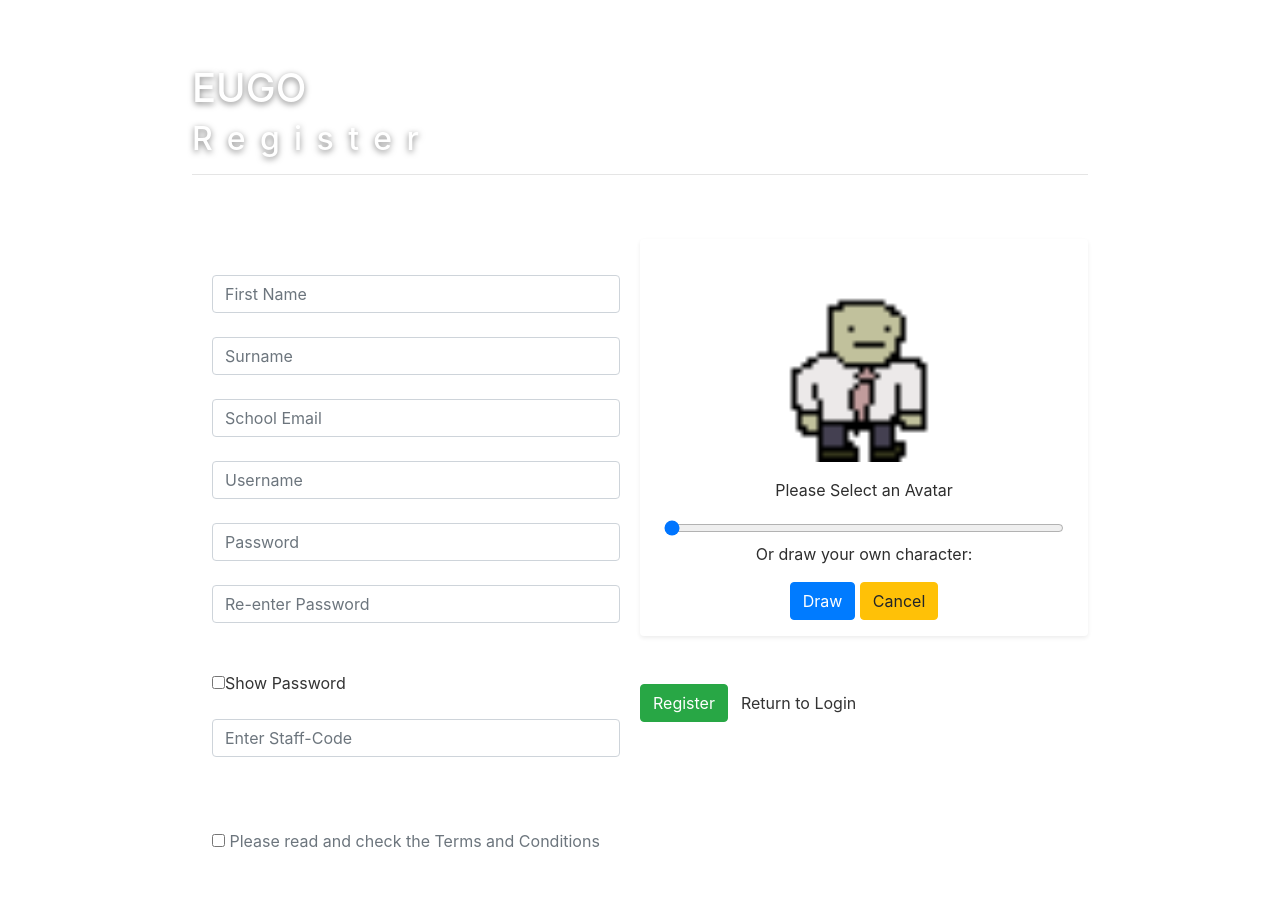
Repository: nbaker47/eugo_pokemongo_clone
Page: eugo/templates/register.html
The author's editor kept a copy of each file at every save. The page is drawn from the files as they stood at one save, then again after the next save.
The browser window is 1280 px wide. The pictures show the whole page.
The template is drawn by Django 4.2. The application's start-up code is not run. Other server files are loaded and not shown. The template is opened directly, without the code that normally fills it, so the values that code supplies are empty.

Above is the page before, as saved 2022-03-23 13:02:50.

### eugo/templates/register.html
{% load static %}
<!doctype html>
<html lang="en">

<head>
    <meta charset="utf-8">
    <meta name="viewport" content="width=device-width, initial-scale=1, shrink-to-fit=no">
    <meta name="description" content="">
    <meta name="author" content="">

    <!---->
    <link rel="stylesheet" type="text/css" href='{% static "/eugo/css/bootstrap.css" %}' />

    <link rel="icon" href='{%static "/eugo/img/favicon.ico"%}'>

    <title>EUGO</title>

    <!-- Custom styles for this template -->
    <link href='{% static "/eugo/css/cover_cover.css" %}' rel="stylesheet">
    <link href='{% static "/eugo/css/map.css" %}' rel="stylesheet">
</head>

<body style="overflow: scroll;">

    <div id="reg-container">
        <div class="full-width-bar">
            <h1>EUGO</h1>
        </div>

        <div>
            <div class="cov-head">
                <h2 class="secondHeader">Register</h2>
                <hr>
            </div>
            <!-- Use java script to check validation-->

            <script>
                function validateForm() {

                    let fname = document.forms['myForm']['firstname'].value;
                    let lname = document.forms['myForm']['surname'].value;
                    //let username = document.forms['myForm']['username'].value;
                    let password1 = document.forms['myForm']['password1'].value;
                    let password2 = document.forms['myForm']['password2'].value;

                    var errors = [];
                    var valid = true;

                    var tester = /^[a-zA-Z]*$/


                    if (tester(fname)) {
                        errors.push("Name must not contain any spaces or special characters.")
                        valid = false;
                    }
                    if (tester(lname)) {
                        errors.push("Surname must not contain any spaces or special characters.")
                        valid = false;
                    }

                    if (password1 != password2) {
                        errors.push("Please keep the passwords the same.")
                        valid = false;
                    }

                    if (password1.search(/[a-z]/) < 0) {
                        errors.push("Your password must contain at least one letter.")
                        valid = false;
                    }
                    if (password1.search(/[0-9]/) < 0) {
                        errors.push("Your password must contain at least one digit.");
                        valid = false;
                    }
                    if (password1.search(/[A-Z]/) < 0) {
                        errors.push("Your password must contain at least one uppercase letter.")
                        valid = false;
                    }

                    if (errors.length > 0) {
                        var lines = errors.join("\r\n");
                        document.getElementById("errors").innerHTML = lines;
                    }

                    return valid;
                }

                function showPassword() {
                    var x = document.getElementById("pass");
                    if (x.type === "password") {
                        x.type = "text";
                    } else {
                        x.type = "password";
                    }
                }
            </script>


            <br><br>
            <form id="formp" name="myForm" class="form" method="POST" action="." onsubmit="return validateForm()">
                <!--action to the php ./homePage.html -->
                {% csrf_token %}
                <!--Prevents csrf attacks -->
                <!--<p id="messages"></p>-->
                <!-- This will have the validation messages from the javascript checks-->
                <div id="register-form-left">
                    <p id="errors"></p>
                    <div class="form-group">
                        <label>
                        <input type="text" class="form-control" name="firstname" placeholder="First Name" size="50" required autocomplete="off">
                    </label>
                        <p id="fname"></p>
                    </div>
                    <div class="form-group">
                        <label>
                        <input type="text" class="form-control" name="surname" placeholder="Surname" size="50" required autocomplete="off">
                    </label>
                    </div>
                    <div class="form-group">
                        <label>
                        <input type="email" class="form-control"  name="email" placeholder="School Email" size="50" required autocomplete="off">
                    </label>
                    </div>
                    <div class="form-group">
                        <label>
                        <input type="text"  class="form-control" name="username" placeholder="Username" size="50" required autocomplete="off">
                    </label>
                    </div>
                    <div class="form-group">
                        <label>
                        <input type="password" class="form-control"  name="password1" id="pass" placeholder="Password" size="50" minlength="8" required>
                    </label>
                    </div>
                    <div class="form-group">
                        <label>
                        <input type="password" class="form-control" name="password2" id="pass" placeholder="Re-enter Password" size="50" minlength="8" required >
                    </label>
                    </div>
                    <br>
                    <input type="checkbox" onclick="showPassword()">Show Password
                    <br>
                    <br>
                    <div class="form-group">
                        <label>
                        <input type="text" class="form-control" name="staffno" placeholder="Enter Staff-Code" size="50" minlength="6">
                    </label>
                    </div>
                    <br><br>

                    <label>
                    <input type="checkbox" name="terms" value="" required>
                    <a href="https://gdpr.eu/terms-and-conditions/" class="text-muted">Please read and check the Terms and Conditions</a>
                </label>
                    <br><br>
                </div>
        </div>

        <!--Char selector-->
        <div id="char-select" class="shadow-sm p-3 mb-5 bg-white rounded">
            <img src="">
            <img src="">
            <img src="">
            <div class="image mt-3 mb-3 img-container" id="sliderImages">
                <img src='{% static "/eugo/img/teacher_sprites/teacher_1.png" %}' class="spirite-img">
                <img src='{% static "/eugo/img/teacher_sprites/teacher_2.png" %}' class="spirite-img">
                <img src='{% static "/eugo/img/teacher_sprites/teacher_3.png" %}' class="spirite-img">
            </div>

            <div id="sprite-designer-div">
                <canvas id="myCanvas" class="shadow-sm p-3 mb-5 bg-white rounded" width="500" height="500"></canvas>
                <div id="color-picker-div">
                    <label for="color-input" id="color-label" style="background-color: red"></label>
                    <input type="checkbox" id="color-input" checked></input>
                    <br>
                    <div id="color-picker">
                        <canvas id="color-block" height="150" width="150"></canvas>
                        <canvas id="color-strip" height="150" width="30"></canvas>
                    </div>
                    <input type="hidden" value="" id="colour-output">
                    <input type="hidden" value="" id="canvas-output" name="canvas-output">
                </div>
            </div>

            <p>Please Select an Avatar</p>
            <input class="rangeslider" type="range" id="sprite" name="sprite" min="1" max="3" value="1">
            <p>Or draw your own character:</p>
            <button type="button" id="draw-char-button" class="btn btn-primary">Draw</button>
            <button type="button" id="draw-char-button-cancel" class="btn btn-warning">Cancel</button>
        </div>

        <div class="btn-group" role="group" aria-label="Basic example">
            <label>
                    <input type="submit" onclick="saveCanvas()" class="btn btn-success" value="Register" size="25">
                </label>
            <br>
            </form>
            <form action="/eugo/login" class="form">
                <label>
                    <input type="submit" class="btn btn-secondary" value="Return to Login" size="25">
                </label>

            </form>
        </div>


</body>

<!--Color Picker Script-->
<script type="text/javascript">
    var colorBlock = document.getElementById('color-block');
    var ctx1 = colorBlock.getContext('2d');
    var width1 = colorBlock.width;
    var height1 = colorBlock.height;

    var colorStrip = document.getElementById('color-strip');
    var ctx2 = colorStrip.getContext('2d');
    var width2 = colorStrip.width;
    var height2 = colorStrip.height;

    var colorLabel = document.getElementById('color-label');

    var x = 0;
    var y = 0;
    var drag = false;
    var rgbaColor = 'rgba(255,0,0,1)';

    ctx1.rect(0, 0, width1, height1);
    fillGradient();

    ctx2.rect(0, 0, width2, height2);
    var grd1 = ctx2.createLinearGradient(0, 0, 0, height1);
    grd1.addColorStop(0, 'rgba(255, 0, 0, 1)');
    grd1.addColorStop(0.17, 'rgba(255, 255, 0, 1)');
    grd1.addColorStop(0.34, 'rgba(0, 255, 0, 1)');
    grd1.addColorStop(0.51, 'rgba(0, 255, 255, 1)');
    grd1.addColorStop(0.68, 'rgba(0, 0, 255, 1)');
    grd1.addColorStop(0.85, 'rgba(255, 0, 255, 1)');
    grd1.addColorStop(1, 'rgba(255, 0, 0, 1)');
    ctx2.fillStyle = grd1;
    ctx2.fill();

    function click(e) {
        x = e.offsetX;
        y = e.offsetY;
        var imageData = ctx2.getImageData(x, y, 1, 1).data;
        rgbaColor = 'rgba(' + imageData[0] + ',' + imageData[1] + ',' + imageData[2] + ',1)';
        fillGradient();
    }

    function fillGradient() {
        ctx1.fillStyle = rgbaColor;
        ctx1.fillRect(0, 0, width1, height1);

        var grdWhite = ctx2.createLinearGradient(0, 0, width1, 0);
        grdWhite.addColorStop(0, 'rgba(255,255,255,1)');
        grdWhite.addColorStop(1, 'rgba(255,255,255,0)');
        ctx1.fillStyle = grdWhite;
        ctx1.fillRect(0, 0, width1, height1);

        var grdBlack = ctx2.createLinearGradient(0, 0, 0, height1);
        grdBlack.addColorStop(0, 'rgba(0,0,0,0)');
        grdBlack.addColorStop(1, 'rgba(0,0,0,1)');
        ctx1.fillStyle = grdBlack;
        ctx1.fillRect(0, 0, width1, height1);
    }

    function mousedown(e) {
        drag = true;
        changeColor(e);
    }

    function mousemove(e) {
        if (drag) {
            changeColor(e);
        }
    }

    function mouseup(e) {
        drag = false;
    }

    function changeColor(e) {
        x = e.offsetX;
        y = e.offsetY;
        var imageData = ctx1.getImageData(x, y, 1, 1).data;
        rgbaColor = 'rgba(' + imageData[0] + ',' + imageData[1] + ',' + imageData[2] + ',1)';
        colorLabel.style.backgroundColor = rgbaColor;
        document.getElementById("colour-output").value = rgbaColor;
        var canvas = document.getElementById('myCanvas');
        var context = document.getElementById('myCanvas').getContext("2d");
        context = canvas.getContext("2d");
        context.strokeStyle = rgbaColor;
    }

    colorStrip.addEventListener("click", click, false);

    colorBlock.addEventListener("mousedown", mousedown, false);
    colorBlock.addEventListener("mouseup", mouseup, false);
    colorBlock.addEventListener("mousemove", mousemove, false);
</script>

<!--Sprite Canvas Script-->
<script>
    var custom_sprite = false;

    function saveCanvas() {
        var canvas = document.getElementById('myCanvas');
        var imageURI = canvas.toDataURL("image/jpg");
        if (custom_sprite) {
            document.getElementById('canvas-output').value = imageURI;
            console.log(document.getElementById('canvas-output').value);
        }
        //documen
    }

    //Srpite Slider
    window.addEventListener('load', function() {
        var rangeslider = document.getElementById("sprite");

        var images = document.getElementById("sliderImages");

        rangeslider.addEventListener('input', function() {
            for (var i = 0; i < images.children.length; i++) {
                images.children[i].style.display = 'none';
            }
            i = Number(this.value) - 1;
            images.children[i].style.display = 'block';
        });
    });

    //close canvas button hadnler
    document.getElementById('draw-char-button-cancel').addEventListener("click", closeCanvas);

    function closeCanvas() {
        sliderImages = document.getElementById('sliderImages');
        sliderImages.style.width = '100%';
        sliderImages.style.height = '100%';

        //hide colors
        var div = document.getElementById('sprite-designer-div');
        div.style.opacity = "0";
        div.style.height = "0";
        div.style.wdith = "0";
        var canvas = document.getElementById('myCanvas');
        canvas.style.width = "0";
        canvas.style.height = "0";

        custom_sprite = false;
    }

    //Sprite Drawer:
    document.getElementById('draw-char-button').addEventListener("click", openCanvas);
    //open canvas
    function openCanvas() {
        //hide sprites
        sliderImages = document.getElementById('sliderImages');
        sliderImages.style.width = '0';
        sliderImages.style.height = '0';

        //show colors
        var div = document.getElementById('sprite-designer-div');
        div.style.opacity = "1";
        div.style.height = "100%";
        div.style.wdith = "100%";

        var canvas = document.getElementById('myCanvas');
        canvas.style.width = "500px";
        canvas.style.height = "500px";
        var context = document.getElementById('myCanvas').getContext("2d");
        context = canvas.getContext("2d");
        context.strokeStyle = document.getElementById("color-label").value;
        context.lineJoin = "round";
        context.lineWidth = 5;

        //cancel preset sprite
        //document.getElementById('sprite').value = '999';
        custom_sprite = true;


        var clickX = [];
        var clickY = [];
        var clickDrag = [];
        var paint;

        /**
         * Add information where the user clicked at.
         * @param {number} x
         * @param {number} y
         * @return {boolean} dragging
         */
        function addClick(x, y, dragging) {
            clickX.push(x);
            clickY.push(y);
            clickDrag.push(dragging);
        }

        /**
         * Redraw the complete canvas.
         */
        function redraw() {
            // Clears the canvas
            context.clearRect(0, 0, context.canvas.width, context.canvas.height);

            for (var i = 0; i < clickX.length; i += 1) {
                if (!clickDrag[i] && i == 0) {
                    context.beginPath();
                    context.moveTo(clickX[i], clickY[i]);
                    context.stroke();
                } else if (!clickDrag[i] && i > 0) {
                    context.closePath();

                    context.beginPath();
                    context.moveTo(clickX[i], clickY[i]);
                    context.stroke();
                } else {
                    context.lineTo(clickX[i], clickY[i]);
                    context.stroke();
                }
            }
        }

        /**
         * Draw the newly added point.
         * @return {void}
         */
        function drawNew() {
            var i = clickX.length - 1
            if (!clickDrag[i]) {
                if (clickX.length == 0) {
                    context.beginPath();
                    context.moveTo(clickX[i], clickY[i]);
                    context.stroke();
                } else {
                    context.closePath();

                    context.beginPath();
                    context.moveTo(clickX[i], clickY[i]);
                    context.stroke();
                }
            } else {
                context.lineTo(clickX[i], clickY[i]);
                context.stroke();
            }
        }

        function mouseDownEventHandler(e) {
            paint = true;
            var x = e.pageX - canvas.offsetLeft;
            var y = e.pageY - canvas.offsetTop;
            if (paint) {
                addClick(x, y, false);
                drawNew();
            }
        }

        function touchstartEventHandler(e) {
            paint = true;
            if (paint) {
                addClick(e.touches[0].pageX - canvas.offsetLeft, e.touches[0].pageY - canvas.offsetTop, false);
                drawNew();
            }
        }

        function mouseUpEventHandler(e) {
            context.closePath();
            paint = false;
        }

        function mouseMoveEventHandler(e) {
            var x = e.pageX - canvas.offsetLeft;
            var y = e.pageY - canvas.offsetTop;
            if (paint) {
                addClick(x, y, true);
                drawNew();
            }
        }

        function touchMoveEventHandler(e) {
            if (paint) {
                addClick(e.touches[0].pageX - canvas.offsetLeft, e.touches[0].pageY - canvas.offsetTop, true);
                drawNew();
            }
        }

        function setUpHandler(isMouseandNotTouch, detectEvent) {
            removeRaceHandlers();
            if (isMouseandNotTouch) {
                canvas.addEventListener('mouseup', mouseUpEventHandler);
                canvas.addEventListener('mousemove', mouseMoveEventHandler);
                canvas.addEventListener('mousedown', mouseDownEventHandler);
                mouseDownEventHandler(detectEvent);
            } else {
                canvas.addEventListener('touchstart', touchstartEventHandler);
                canvas.addEventListener('touchmove', touchMoveEventHandler);
                canvas.addEventListener('touchend', mouseUpEventHandler);
                touchstartEventHandler(detectEvent);
            }
        }

        function mouseWins(e) {
            setUpHandler(true, e);
        }

        function touchWins(e) {
            setUpHandler(false, e);
        }

        function removeRaceHandlers() {
            canvas.removeEventListener('mousedown', mouseWins);
            canvas.removeEventListener('touchstart', touchWins);
        }

        canvas.addEventListener('mousedown', mouseWins);
        canvas.addEventListener('touchstart', touchWins);
    }
</script>

</html>

### eugo/static/eugo/css/cover_cover.css
/*
 * Globals
 */

@-webkit-keyframes titleAnimation {
    from {
        font-size: 10px;
    }
    to {
        font-size: 30px;
    }
}

@-moz-keyframes titleAnimation {
    from {
        font-size: 10px;
    }
    to {
        font-size: 30px;
    }
}

@keyframes titleAnimation {
    from {
        font-size: 10px;
    }
    to {
        font-size: 30px;
    }
}


/* Links */

a,
a:focus,
a:hover {
    color: #fff;
}


/* Custom default button */

.btn-secondary,
.btn-secondary:hover,
.btn-secondary:focus {
    color: #333;
    text-shadow: none;
    /* Prevent inheritance from `body` */
    background-color: #fff;
    border: .05rem solid #fff;
}

html,
body {
    width: 100%;
    height: 100%;
    background-color: rgb(255, 255, 255);
}

body {
    display: -ms-flexbox;
    display: -webkit-box;
    display: flex;
    -ms-flex-pack: center;
    -webkit-box-pack: center;
    justify-content: center;
    color: #fff;
    text-shadow: 0 .1rem .4rem rgba(0, 0, 0, .5);
    /*box-shadow: inset 0 0 5rem rgba(0, 0, 0, .5);*/
}

#parent-container {
    position: relative;
}

.canvas_class {
    z-index: 0;
    position: relative;
    top: 0;
    left: 0;
}

.cover-container {
    max-width: 42em;
    z-index: 2;
    position: absolute;
}

.inner-cover {
    margin-top: 100%;
}

.cov-head {
    letter-spacing: .4rem;
    -webkit-animation: textgrowth ease-in-out 1;
    -moz-animation: textgrowth ease-in-out 1;
    animation: textgrowth ease-in-out 1;
    -webkit-animation-fill-mode: forwards;
    -moz-animation-fill-mode: forwards;
    animation-fill-mode: forwards;
    -webkit-animation-duration: 3s;
    -moz-animation-duration: 3s;
    animation-duration: 3s;
}

@keyframes textgrowth {
    0% {
        font-size: 48px;
        letter-spacing: .4rem;
    }
    100% {
        font-size: 50px;
        letter-spacing: .9rem;
    }
}


/*
 * Cover
 */

.cover {
    padding: 0 1.5rem;
}

.cover .btn-lg {
    padding: .75rem 1.25rem;
    font-weight: 700;
}


/*
 * Footer
 */

.mastfoot {
    color: rgba(255, 255, 255, .5);
}

#formp {
    color: #333;
    text-shadow: none;
}

#reg-container {
    width: 80%;
    top: 5%;
    padding: 5%;
}

#char-select {
    width: 50%;
    float: left;
    padding: 10px;
    text-align: center;
    color: #2e2e2e;
    text-shadow: none;
}

#register-form-left {
    width: 50%;
    float: left;
    padding: 20px;
}

#myCanvas {
    width: 0;
    height: 0;
    position: relative;
}

#color-input {
    display: none;
}

#color-label {
    height: 30px;
    width: 100px;
}

#color-input:checked~#color-picker {
    opacity: 1;
}

#color-picker-div {}

canvas:hover {
    cursor: crosshair;
}

#sprite-designer-div {
    opacity: 0;
    height: 0;
    width: 0;
    display: flex;
}

#errors {
    white-space: pre;
}

Loaded but not shown: eugo/static/eugo/css/bootstrap.css (library); eugo/static/eugo/css/map.css (321 lines, source omitted)

After the next save:
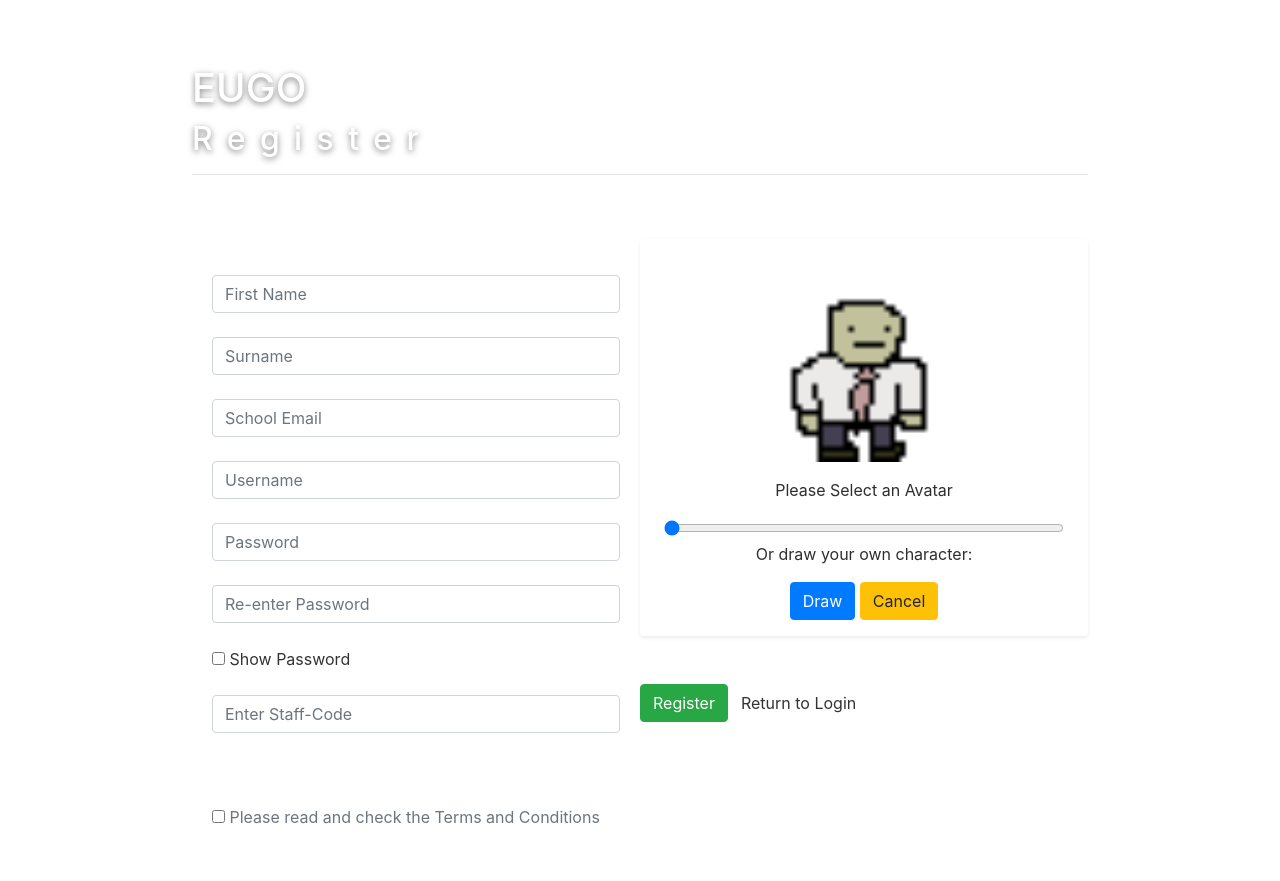
Saved 25 s later.
--- a/eugo/templates/register.html
+++ b/eugo/templates/register.html
@@ -135,8 +135,7 @@
                         <input type="password" class="form-control" name="password2" id="pass" placeholder="Re-enter Password" size="50" minlength="8" required >
                     </label>
                     </div>
-                    <br>
-                    <input type="checkbox" onclick="showPassword()">Show Password
+                    <input type="checkbox" onclick="showPassword()"> Show Password
                     <br>
                     <br>
                     <div class="form-group">
